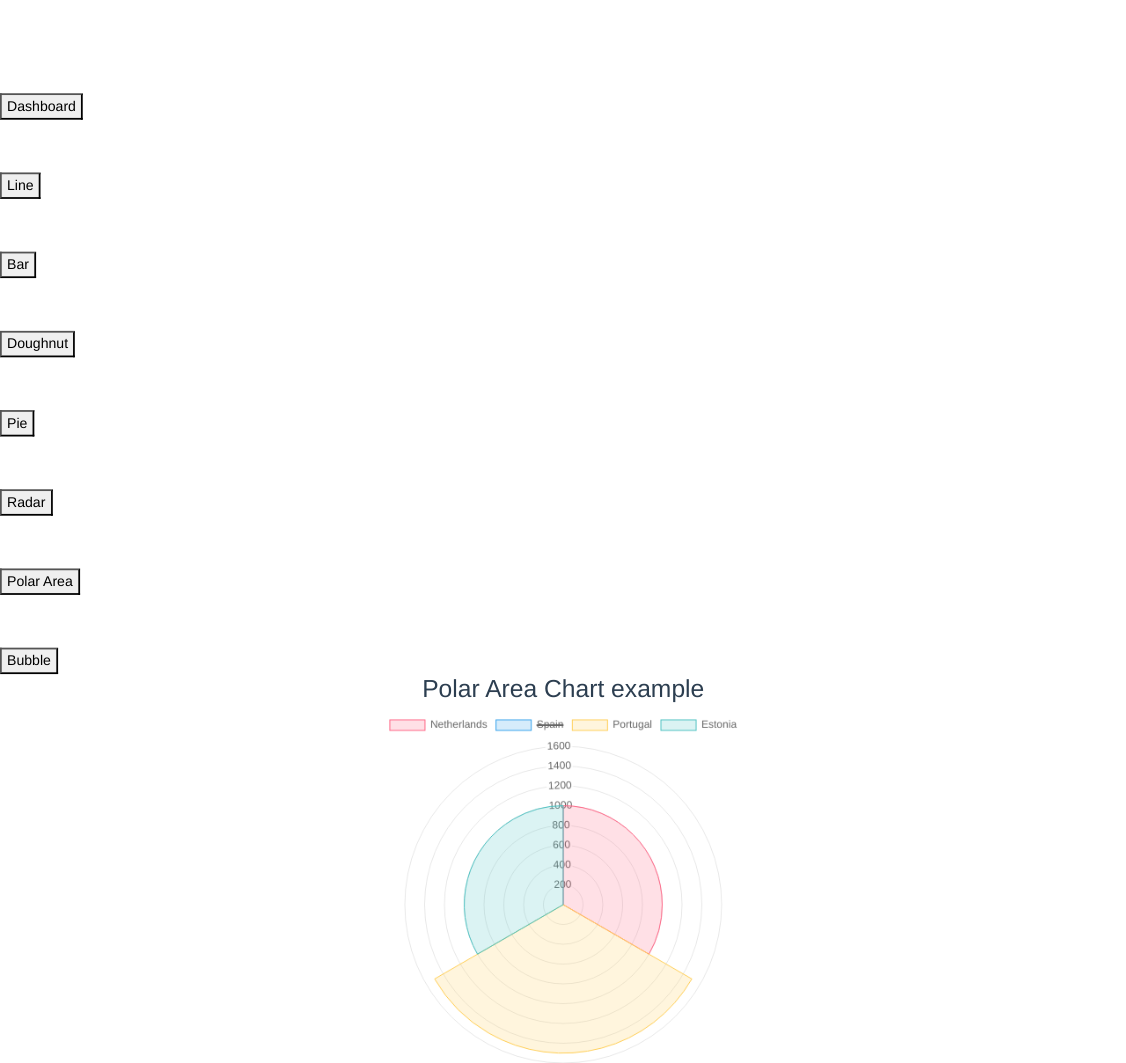
Repository: nashthecoder/vue_learn
Page: /polar-area (app in client/)
An editor plug-in stored every save of this project. The page is shown before and after the next save, followed by the edit.
The browser window is 1280 px wide. The pictures show the whole page, at 88% of full size.
The project was rebuilt for these pictures with package versions that can differ from the ones it lists, and the page was loaded fresh each time. Imported but missing from the stored project, and not drawn on this page: client/src/views/Home.vue.

Above is the page before, as saved 2021-01-13 23:15:18.

After the next save:
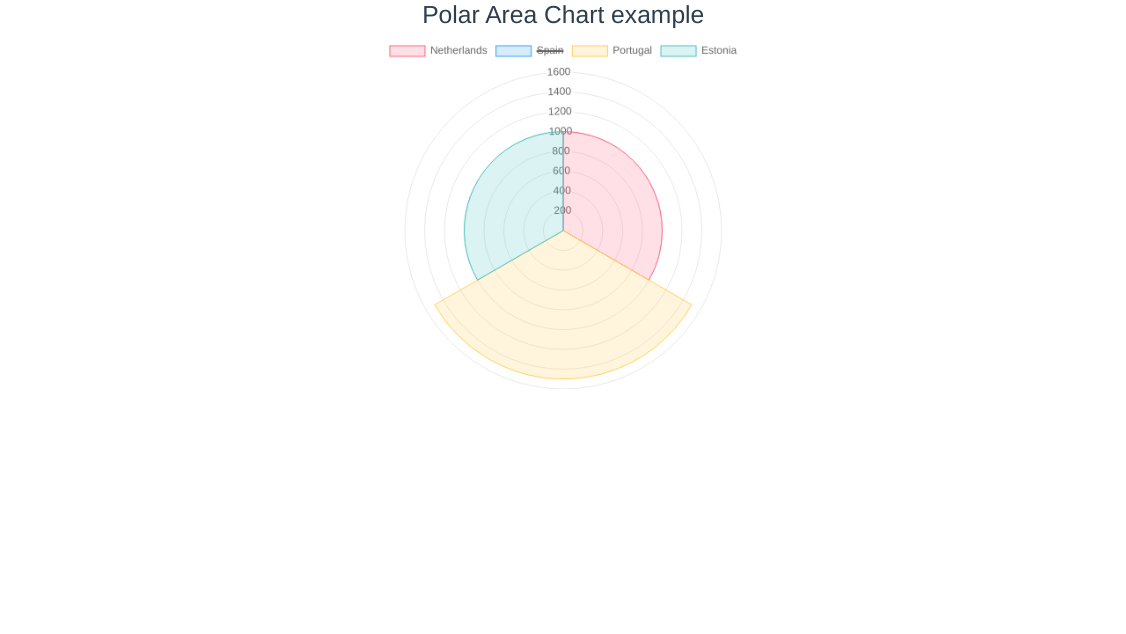
Saved 58 s later.
--- a/client/src/App.vue
+++ b/client/src/App.vue
@@ -10,11 +10,11 @@
   </div>
 </template>
 <script>
-import Sidebar from "@/components/Sidebar";
+// import Sidebar from "@/components/Sidebar";
 
 export default {
   components: {
-    Sidebar
+    // Sidebar
   },
   data: () => ({
     navLinks: [
